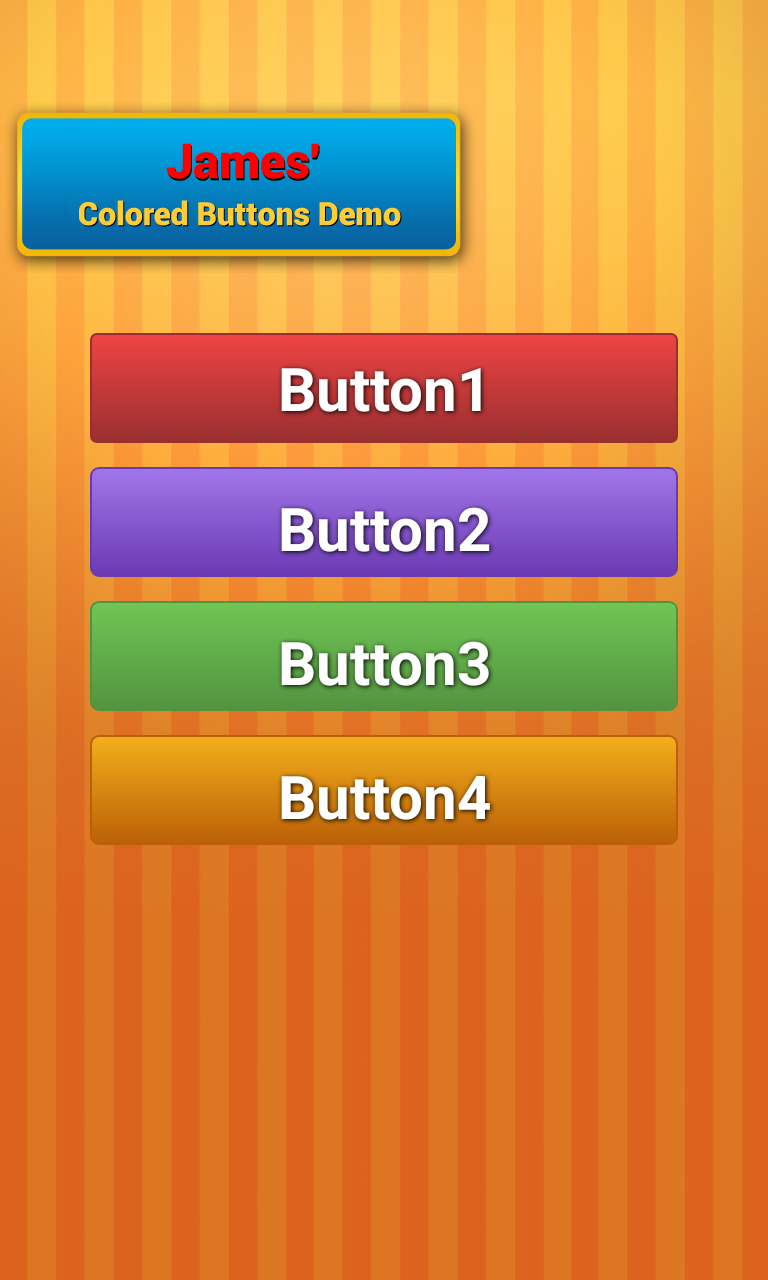
Repository: jmwhite999/_ColoredGradientButtons
Layout: ColoredGradientButtons/res/layout/main.xml
The author's editor kept a copy of each file at every save. The layout is drawn from the files as they stood at one save, then again after the next save.
It is drawn on a 768 x 1280 px phone screen (xhdpi) without system bars, with theme android:Theme; the app's code is not run.

Above is the layout before, as saved 2014-01-02 09:36:57.

### ColoredGradientButtons/res/layout/main.xml
<?xml version="1.0" encoding="utf-8"?>
<LinearLayout xmlns:android="http://schemas.android.com/apk/res/android"
    android:layout_width="fill_parent"
    android:layout_height="fill_parent"
    android:orientation="vertical"
    android:background="@drawable/background">

    <ImageView
        android:id="@+id/logo_imgView"
        android:layout_width="wrap_content"
        android:layout_height="wrap_content"
        android:src="@drawable/logo2"
        android:layout_marginTop="50dip"/>

    <Button
        android:id="@+id/play_btn"
        android:background="@drawable/red_menu_btn"
        style="@style/main_menu_btnTop"
        android:text="@string/btnlabel1"/>

    <Button
        android:id="@+id/player_data_btn"
        android:background="@drawable/purple_menu_btn"
        style="@style/main_menu_btnNormal"
        android:text="@string/btnlabel2"/>

    <Button
        android:id="@+id/highscore_btn"
        android:background="@drawable/green_menu_btn"
        style="@style/main_menu_btnNormal"
        android:text="@string/btnlabel3"/>

    <Button
        android:id="@+id/options_btn"
        android:background="@drawable/yellow_menu_btn"
        style="@style/main_menu_btnNormal"
        android:text="@string/btnlabel4"/>

</LinearLayout>

### ColoredGradientButtons/res/drawable/red_menu_btn.xml
<?xml version="1.0" encoding="utf-8"?>
<selector xmlns:android="http://schemas.android.com/apk/res/android" >
    <item android:state_pressed="true">
        <shape>
            <solid
                android:color="@color/red_base"/>
            <stroke
                android:width="1dip"
                android:color="@color/red_stroke"	/>
            <corners
                android:radius="3dip"/>
            <padding
                android:left="40dip"
                android:right="40dip"/>

        </shape>
    </item>
	<item>
	    <shape>
	        <gradient
	            android:startColor="@color/red_gradientS"
	            android:endColor="@color/red_gradientE"
	            android:angle="270"/>
	        <stroke
                android:width="1dip"
                android:color="@color/red_stroke"/>
	        <corners
                android:radius="3dip"/>
            <padding
                android:left="40dip"
                android:right="40dip"/>
	    </shape>
	</item>
</selector>

### ColoredGradientButtons/res/values/styles.xml
<?xml version="1.0" encoding="utf-8"?>
<resources>

	<style name="main_menu">
	    <item name="android:layout_width">fill_parent</item>
	    <item name="android:layout_height">55dip</item>
	    <item name="android:textColor">@color/menu_text_color</item>
	    <item name="android:gravity">center</item>
	    <item name="android:layout_marginLeft">45dip</item>
	    <item name="android:layout_marginRight">45dip</item>
	    <item name="android:textSize">30sp</item>
	    <item name="android:textStyle">bold</item>
	    <item name="android:shadowColor">@color/menu_shadow_color</item>
	    <item name="android:shadowDx">1</item>
	    <item name="android:shadowDy">1</item>
	    <item name="android:shadowRadius">4</item>
	</style>

	<style name="main_menu_btnTop" parent="main_menu">
	    <item name="android:layout_marginTop">30dip</item>
	</style>

	<style name="main_menu_btnNormal" parent="main_menu">
	    <item name="android:layout_marginTop">12dip</item>
	</style>
</resources>

### ColoredGradientButtons/res/values/strings.xml
<?xml version="1.0" encoding="utf-8"?>
<resources>

    <string name="button_label">I\'m a button</string>
    <string name="app_name">TestApp17</string>
	<string name="btnlabel1">Button1</string>
	<string name="btnlabel2">Button2</string>
	<string name="btnlabel3">Button3</string>
	<string name="btnlabel4">Button4</string>
	<string name="btnlabel5">Button5</string>
	<string name="btnlabel6">Button6</string>

</resources>

### ColoredGradientButtons/res/values/colors.xml
<?xml version="1.0" encoding="utf-8"?>
<resources>
    <color name="red_base">#ef4444</color>
    <color name="red_stroke">#992F2F</color>
    <color name="red_gradientS">#ef4444</color>
    <color name="red_gradientE">#992F2F</color>

    <color name="blue_base">#449def</color>
    <color name="blue_stroke">#2F6699</color>
    <color name="blue_gradientS">#00a2e2</color>
    <color name="blue_gradientE">#0767a4</color>

    <color name="def_blue_base">#449def</color>
    <color name="def_blue_stroke">#2F6699</color>
    <color name="def_blue_gradientS">#449def</color>
    <color name="def_blue_gradientE">#2F6699</color>

    <color name="menu_text_color">#FFFFFF</color>
    <color name="menu_shadow_color">#000000</color>

</resources>

Loaded but not shown: ColoredGradientButtons/res/drawable/purple_menu_btn.xml (common file); ColoredGradientButtons/res/drawable/green_menu_btn.xml (common file); ColoredGradientButtons/res/drawable/yellow_menu_btn.xml (common file); ColoredGradientButtons/res/drawable/black_menu_btn.xml (common file)

After the next save:
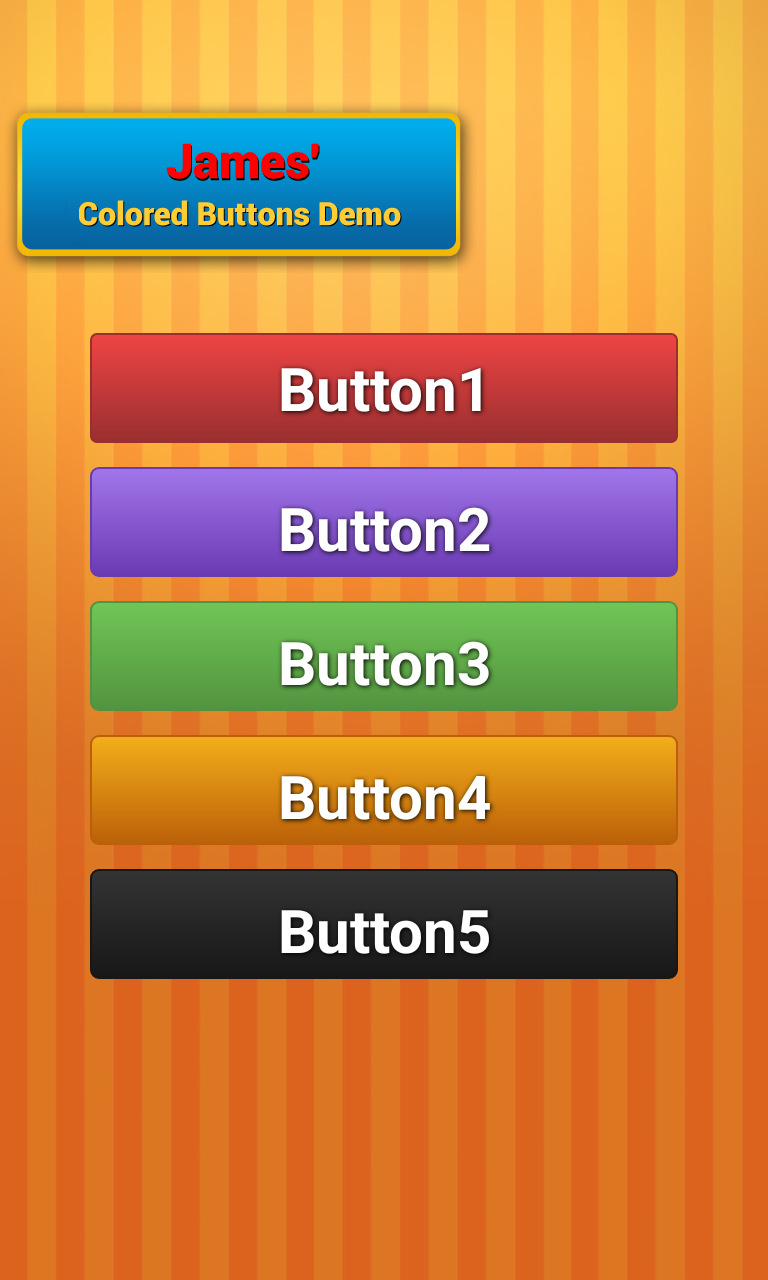
Saved 55 s later.
--- a/ColoredGradientButtons/res/layout/main.xml
+++ b/ColoredGradientButtons/res/layout/main.xml
@@ -36,4 +36,10 @@
         style="@style/main_menu_btnNormal"
         android:text="@string/btnlabel4"/>
 
+        <Button
+        android:id="@+id/btn5"
+        android:background="@drawable/black_menu_btn"
+        style="@style/main_menu_btnNormal"
+        android:text="@string/btnlabel5"/>
+
 </LinearLayout>
